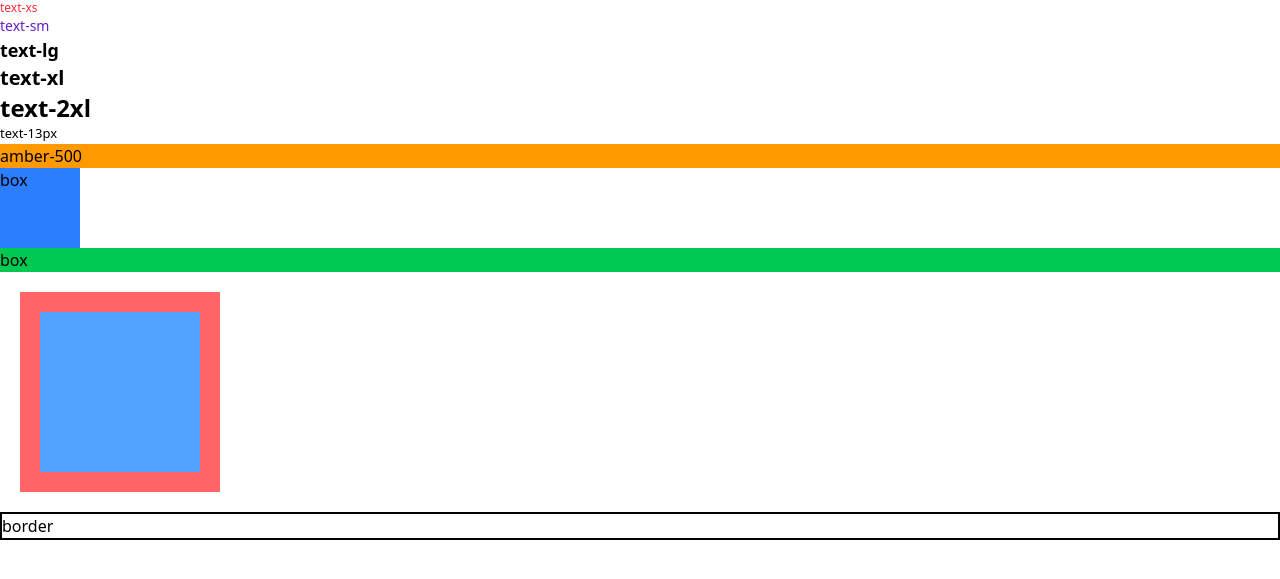
Repository: kkhhjjoo/onebite-tailwind
Page: /
These files come from the project's save history. The page is drawn as it stood at one moment and after the next save; the edit follows.
The browser window is 1280 px wide. The pictures show the whole page.
The project was rebuilt for these pictures with package versions that can differ from the ones it lists, and the page was loaded fresh each time. Also part of the build but not shown: vite.config.ts, src/App.css.

Above is the page before, as saved 2025-12-24 19:53:31.

### src/main.tsx
import { createRoot } from 'react-dom/client'
import './index.css'
import App from './App.tsx'

createRoot(document.getElementById('root')!).render(<App />);

### src/App.tsx
import "./App.css";

function App() {
  return (
    <div>
      {/* 1. 타이포그래프 */}
      <div className="text-xs text-red-500">text-xs</div>
      <div className="text-sm text-[rgb(100,30,200)]">text-sm</div>
      <div className="text-lg font-bold">text-lg</div>
      <div className="text-xl font-extrabold">text-xl</div>
      <div className="text-2xl font-black">text-2xl</div>
      <div className="text-[13px]">text-13px</div>

      {/* 2. 백그라운드 컬러 */}
      <div className="bg-amber-500">amber-500</div>

      {/* 3. 사이즈 */}
      <div className="h-20 w-20 bg-blue-500">box</div>
      <div className="w-full bg-green-500">box</div>

      {/* 4. 여백 */}
      {/* <div className="h-50 w-50 bg-red-400 pt-5 pr-5 pb-5 pl-5"> */}
      <div className="m-5 h-50 w-50 bg-red-400 px-5 py-5">
        <div className="h-full w-full bg-blue-400"></div>
      </div>

      {/* 5. 보더 */}
      <div className="border-2">border</div>
    </div>
  );
}

export default App;

Loaded but not shown: index.html (common file); src/index.css (common file)

After the next save:
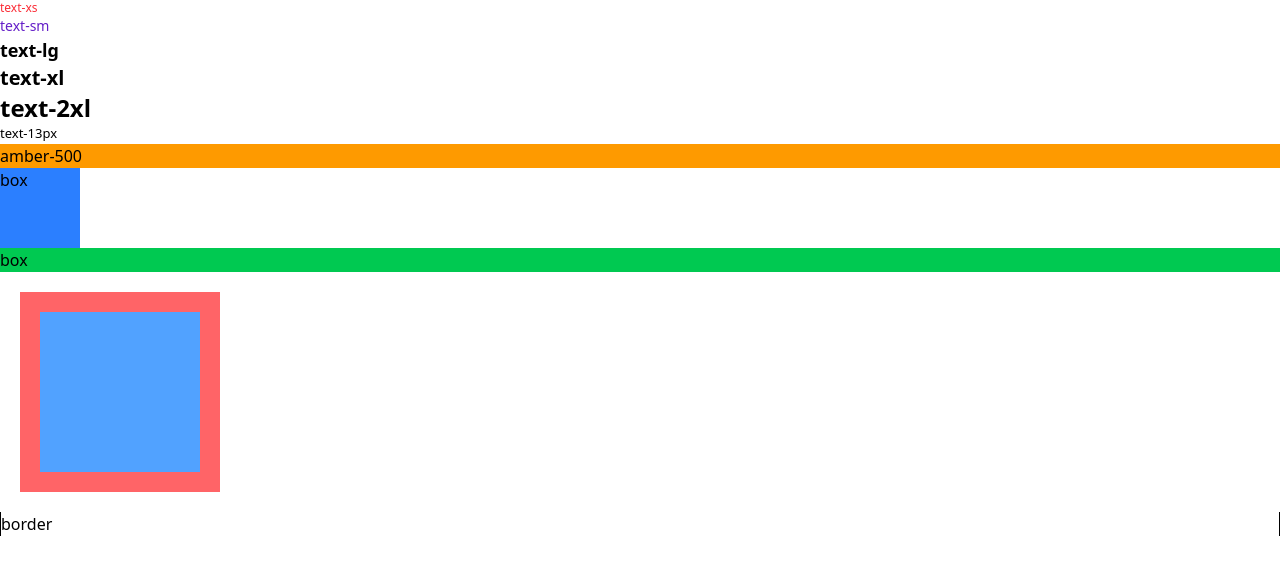
Saved 34 s later.
--- a/src/App.tsx
+++ b/src/App.tsx
@@ -25,7 +25,7 @@ function App() {
       </div>
 
       {/* 5. 보더 */}
-      <div className="border-2">border</div>
+      <div className="border-x">border</div>
     </div>
   );
 }
